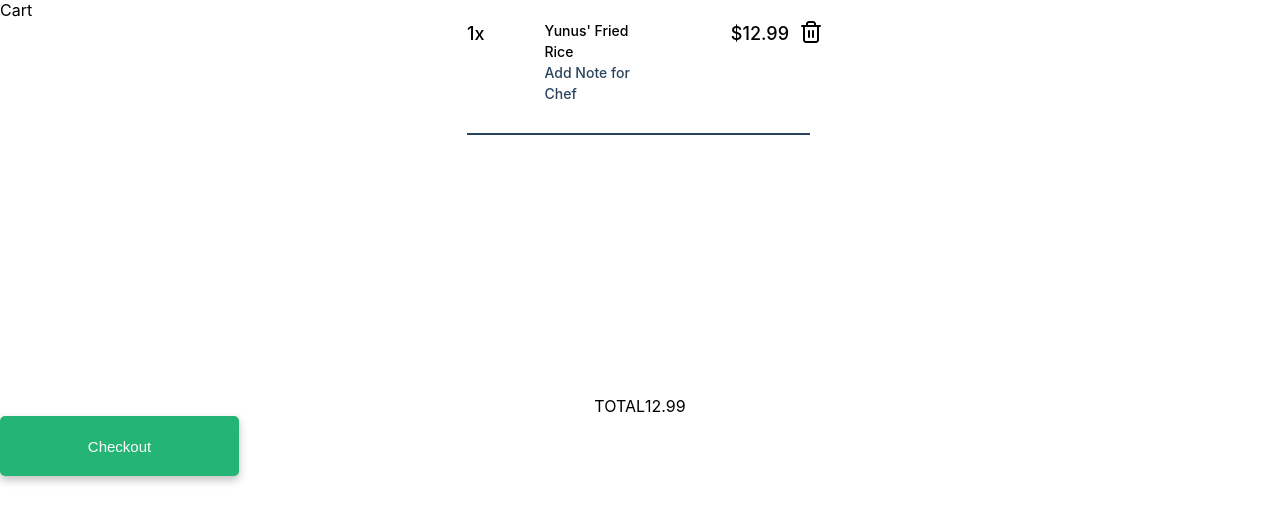
Repository: nguyenlejoe/HomeChef
Page: /DashBoardChef (app in app/)
These files come from the project's save history. The page is drawn as it stood at one moment and after the next save; the edit follows.
The browser window is 1280 px wide. The pictures show the whole page.
The project was rebuilt for these pictures with package versions that can differ from the ones it lists, and the page was loaded fresh each time.

Above is the page before, as saved 2020-11-05 10:55:26.

After the next save:
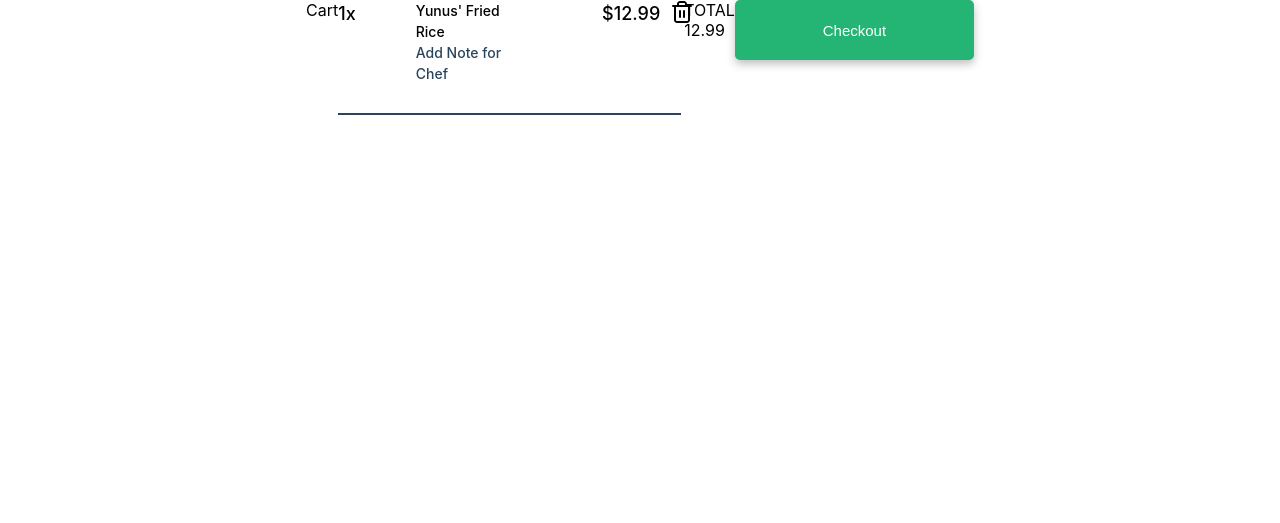
Saved 33 s later.
--- a/app/src/pages/Checkout.scss
+++ b/app/src/pages/Checkout.scss
@@ -2,16 +2,18 @@
     width: 100vw;
     height:100vh;
     overflow-x: hidden;
+    display: flex;
+    justify-content: center;
 
 }
 
 .checkout{
     margin-bottom: 300px;
-    display: flex;
-    justify-content: center;
+    // display: flex;
+    // justify-content: center;
 }
 
 .total{
-    display: flex;
-    justify-content: center;
+    // display: flex;
+    // justify-content: center;
 }
